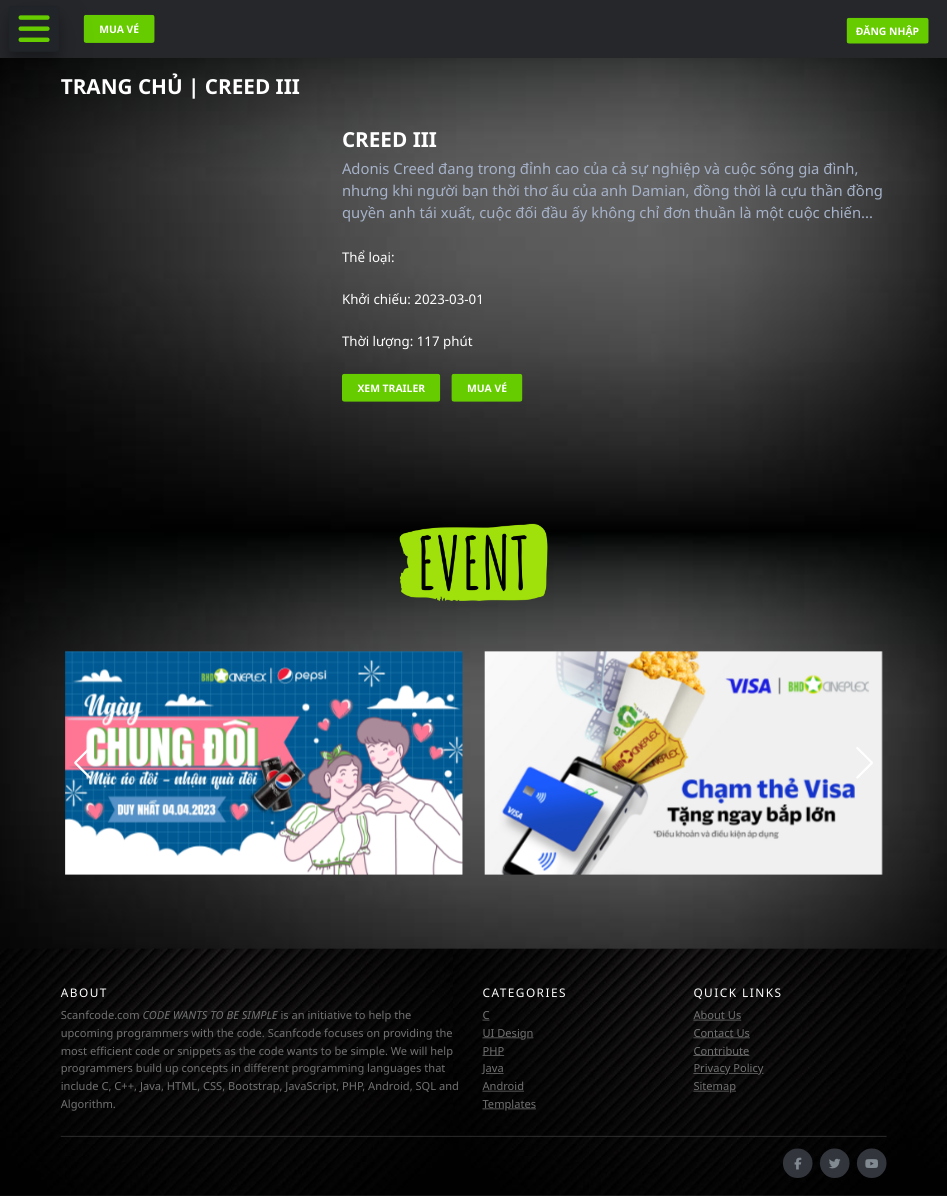
Repository: pngquang/webMovie
Page: http://localhost/movie/1
An editor plug-in stored every save of this project. The page is shown before and after the next save, followed by the edit.
The browser window is 1280 px wide. The pictures show the whole page, at 74% of full size.
Backgrounds fixed to the window are drawn as part of the page. Some web libraries are served in a nearby version. The page is served by the project's Laravel application, run on PHP 8.4 with Laravel 10. The database holds what the project's SQL file puts in it. Queries for data that is not in the repository find no rows.

Above is the page before, as saved 2023-05-11 16:38:11.

After the next save:
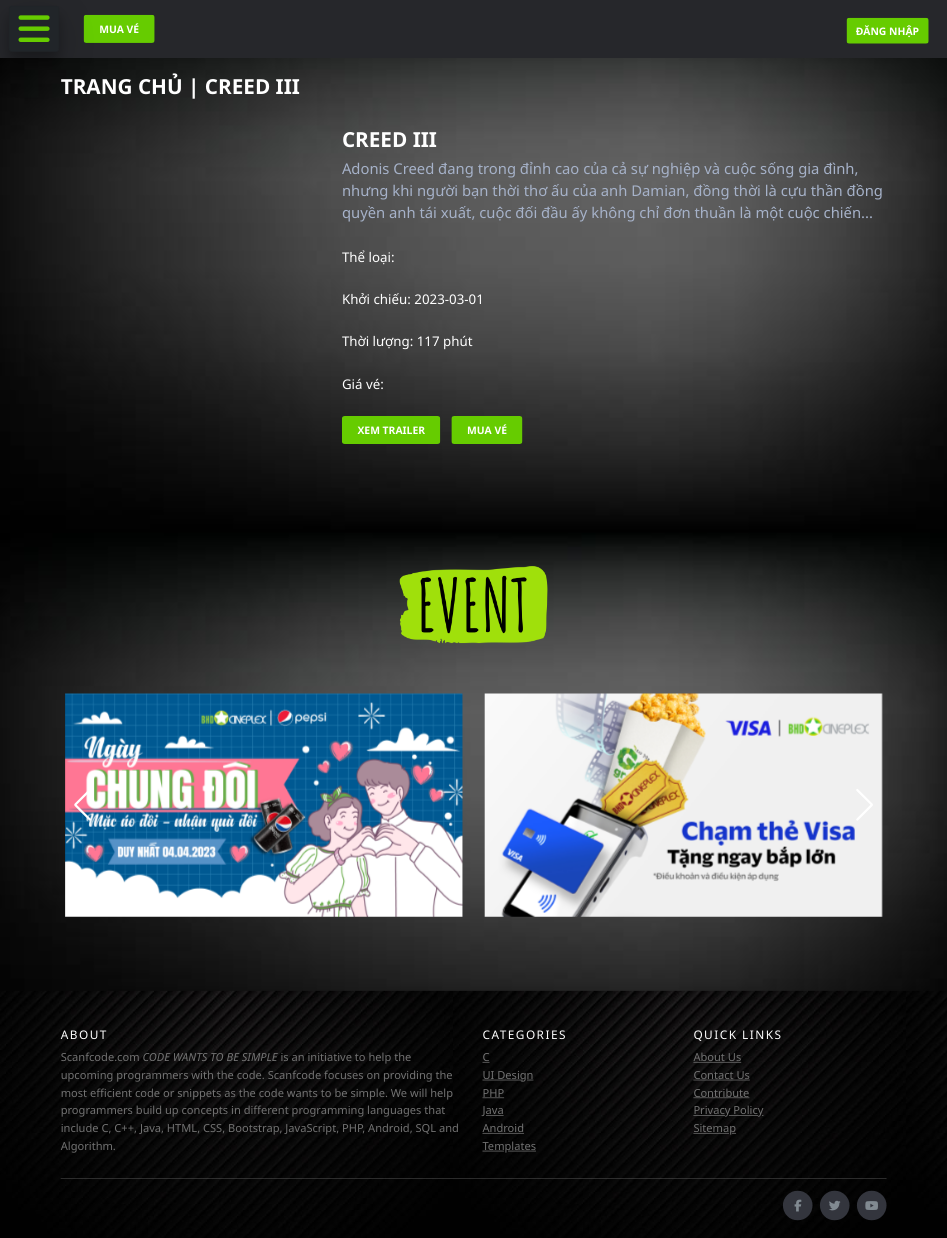
Saved 63 s later.
--- a/resources/views/movie.blade.php
+++ b/resources/views/movie.blade.php
@@ -83,6 +83,10 @@
                         <span class="col-right">{{ $movie['ThoiLuong'] }}</span>
                     </li>
                     <li>
+                        <span class="col-left">Giá vé: </span>
+                        <span class="col-right">{{ $movie['GiaVe'] }}</span>
+                    </li>
+                    <li>
                         <span class="col-left">
                             <button type="button" class="btn btn-muave" style="background: #66CC00;margin-right: 10px"
                                 data-bs-toggle="collapse" data-bs-target="#trailer">
